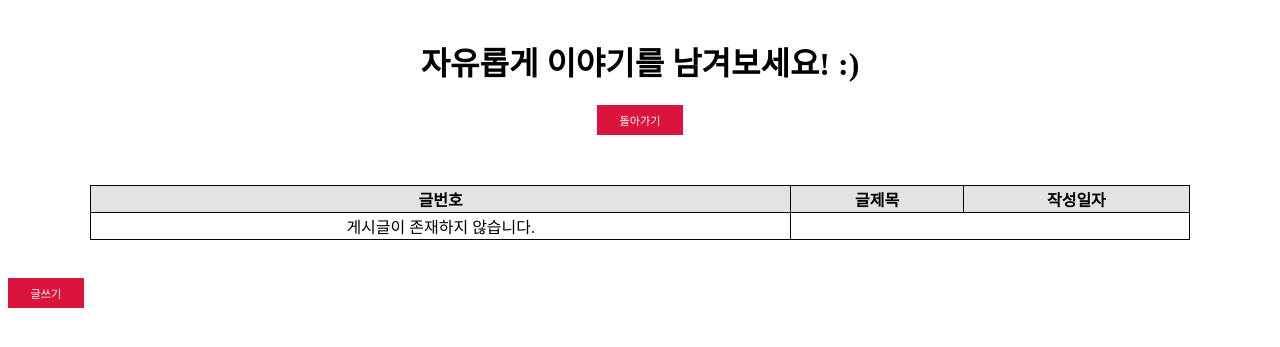
Repository: minkyung0421/NMT_Project
Page: http://localhost/MyPage_Project/list.jsp
An editor plug-in stored every save of this project. The page is shown before and after the next save, followed by the edit.
The browser window is 1280 px wide. The pictures show the whole page.
The page is served by Tomcat 9. Queries for data that is not in the repository find no rows.

Above is the page before, as saved 2018-08-30 23:11:44.

### NMT_Project/MyPage_Project/WebContent/list.jsp
<%@ page language="java" contentType="text/html; charset=UTF-8"
    pageEncoding="UTF-8"%>
<%@ page import="java.sql.*" %>
<!DOCTYPE html PUBLIC "-//W3C//DTD HTML 4.01 Transitional//EN" "http://www.w3.org/TR/html4/loose.dtd">
<html>
<head>
<meta http-equiv="Content-Type" content="text/html; charset=UTF-8">
<title>List</title>
<style>

      .body{

        width:1100px;

        margin:50px auto 0;

        text-align: center;

      }



      .body, .body td, .body th{ border-collapse: collapse; border:1px solid black; box-sizing: border-box;}

      .body th{background-color: #e3e3e3;}

      .Btn{margin:30px auto 0; width:100px;}

      button{
        background:crimson;
        color:#fff;
        border:none;
        position:relative;
        height:30px;
        font-size:0.7em;
        padding:0 2em;
        cursor:pointer;
        transition:800ms ease all;
        outline:none;
      }
      button:hover{
        background:#fff;
        color:crimson;
      }
      button:before,button:after{
        content:'';
        position:absolute;
        top:0;
        right:0;
        height:2px;
        width:0;
        background: crimson;
        transition:400ms ease all;
      }
      button:after{
        right:inherit;
        top:inherit;
        left:0;
        bottom:0;
      }
      button:hover:before,button:hover:after{
        width:100%;
        transition:800ms ease all;
      }



</style>
</head>
<body>
 <center><h1 style = "margin-top:3%">자유롭게 이야기를 남겨보세요! :)</h1>
        <a href = "index.jsp"><button>돌아가기</button></a></center>
<%

	Class.forName("com.mysql.jdbc.Driver"); //mysql연동
	String url = "jdbc:mysql://localhost:3306/blog?useUnicode=true&amp;characterEncoding=UTF-8"; //mysql 데이터베이스명
	String mysql_id = "root"; //mysql id
	String mysql_pw = "1234"; //mysql pw
	int total = 0;

	try{
		Connection conn = DriverManager.getConnection(url, mysql_id, mysql_pw);
		Statement stmt = conn.createStatement();
		String totalSql = "select count(*) from board;"; //총 글 갯수
		ResultSet rs = stmt.executeQuery(totalSql);

		if(rs.next()){
			total = rs.getInt(1);
		}

		String listSql = "select board_no, board_title, board_date from board;"; //전체리스트
		rs = stmt.executeQuery(listSql);

		//오류가 없을 시
		%>
		<table class = "body">
			<tr>
				<th>글번호</th>
				<th>글제목</th>
				<th>작성일자</th>
			<tr>
			<%
			if(total==0){
			%>
			<tr>
				<td>게시글이 존재하지 않습니다.</td>
			</tr>
			<%
			//total이 0이 아닐때
			}else{
				while(rs.next()){
					int board_no = rs.getInt(1);
					String board_title = rs.getString(2);
					String board_date = rs.getString(3);

					//리스트 출력
			%>
			<tr>
				<td><%=board_no %></td>
				<td><a href="Detail.jsp?board_no=<%=board_no%>"><%= board_title %></a></td>
				<td><%= board_date %></td>
			</tr>
			<%
				}
			}
			rs.close();
			conn.close();
			stmt.close();
	}catch(SQLException e){
		out.println(e.toString());
	}
%>
</table>

<a href = "Write.jsp"><button style = "margin-top:3%;s">글쓰기</button></a>
</body>
</html>

After the next save:
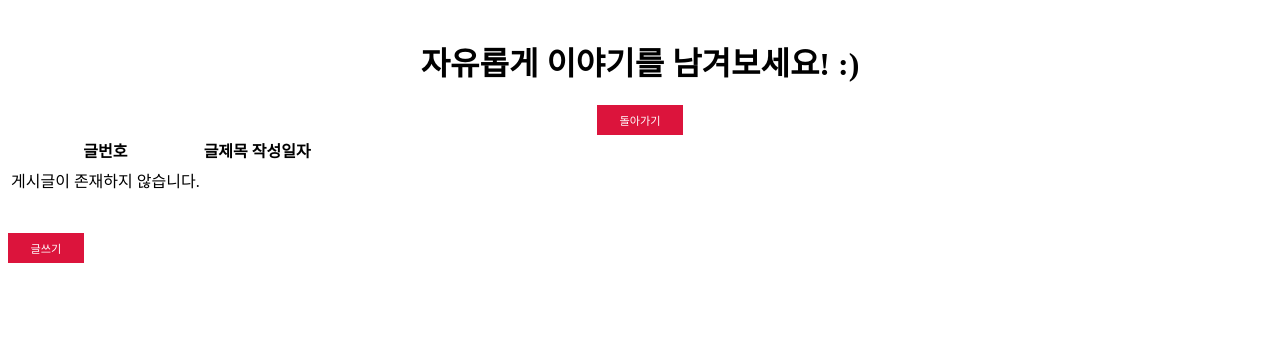
Saved 70 s later.
--- a/NMT_Project/MyPage_Project/WebContent/list.jsp
+++ b/NMT_Project/MyPage_Project/WebContent/list.jsp
@@ -93,7 +93,7 @@
 
 		//오류가 없을 시
 		%>
-		<table class = "body">
+		<table class="type04">
 			<tr>
 				<th>글번호</th>
 				<th>글제목</th>
